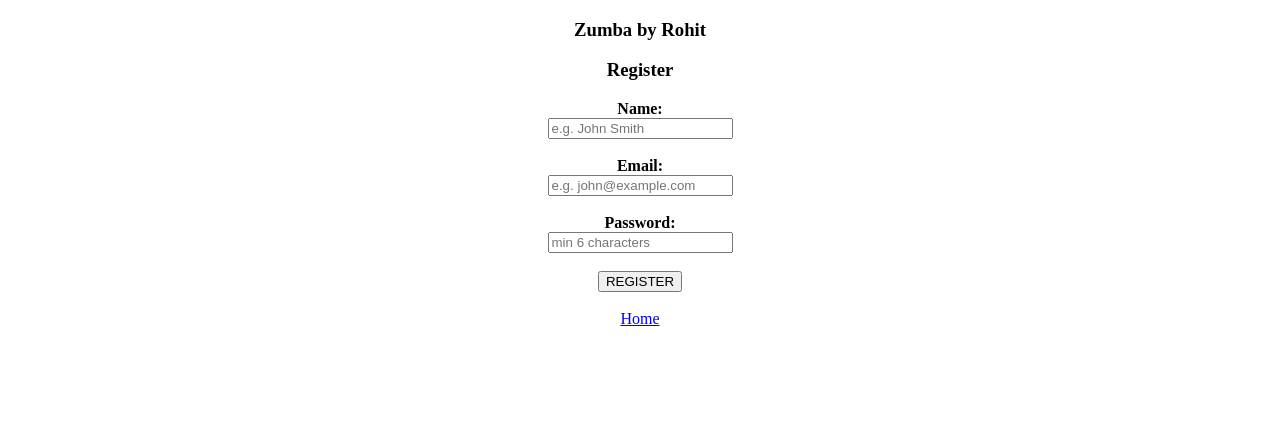
Repository: ronetteguevara/CalTech-ZumbaApp
Page: ZumbaApp/ZumbaApp/src/main/webapp/register.html
These files come from the project's save history. The page is drawn as it stood at one moment and after the next save; the edit follows.
The browser window is 1280 px wide. The pictures show the whole page.

Above is the page before, as saved 2024-04-30 18:17:51.

### ZumbaApp/ZumbaApp/src/main/webapp/register.html
<!DOCTYPE html>
<html>
<head>
<meta charset="UTF-8">
<title>Register</title>
</head>
<body>
	<center>
		<h3>Zumba by Rohit</h3>

		<h3>Register</h3>
		<form action="Registration" method="post">
			<b>Name:</b><br>
			<input type="text" name="txtName" placeholder="e.g. John Smith"/><br><br>
			<b>Email:</b><br>
			<input type="text" name="txtEmail" placeholder="e.g. john@example.com"/><br><br>
			<b>Password:</b><br>
			<input type="password" name="txtPassword" placeholder="min 6 characters"/><br><br>
			<input type="submit" value="REGISTER"/><br>
		</form>
		<br>
		<a href="Welcome">Home</a>
	</center>
</body>
</html>

### ZumbaApp/ZumbaApp/src/main/webapp/style.css
@charset "UTF-8";

.button {
  background-color: #458933;
  border: none;
}

.button:hover {
  background-color: #82c360;
}

a {
  color: #458933;
}

a:hover {
 color: #82c360;
}

a:visited {
  color: #1a4324;
}

h1 {
	font-family: Sorts-Mill-Goudy-Regular;
}

@font-face {
  font-family: "Sorts-Mill-Goudy-Italic";
  src: url(/assets/Fonts/SortsMillGoudy-Italic.ttf);
}

@font-face {
  font-family: "Sorts-Mill-Goudy-Regular";
  src: url(/assets/Fonts/SortsMillGoudy-Regular.ttf);
}

.gradient-background {
  background: linear-gradient(0deg, #E1FBBA, #82C360, #5BA164, #458933, #1A4324);
  background-size: 1000% 1000%;

  -webkit-animation: AnimationName 8s ease infinite;
  -moz-animation: AnimationName 8s ease infinite;
  animation: AnimationName 8s ease infinite;
}

@-webkit-keyframes AnimationName {
  0%{background-position:0% 35%}
  50%{background-position:100% 66%}
  100%{background-position:0% 35%}
}
@-moz-keyframes AnimationName {
  0%{background-position:0% 35%}
  50%{background-position:100% 66%}
  100%{background-position:0% 35%}
}
@keyframes AnimationName {
  0%{background-position:0% 35%}
  50%{background-position:100% 66%}
  100%{background-position:0% 35%}

}

Loaded but not shown: ZumbaApp/ZumbaApp/src/main/webapp/css/bootstrap.css (library)

After the next save:
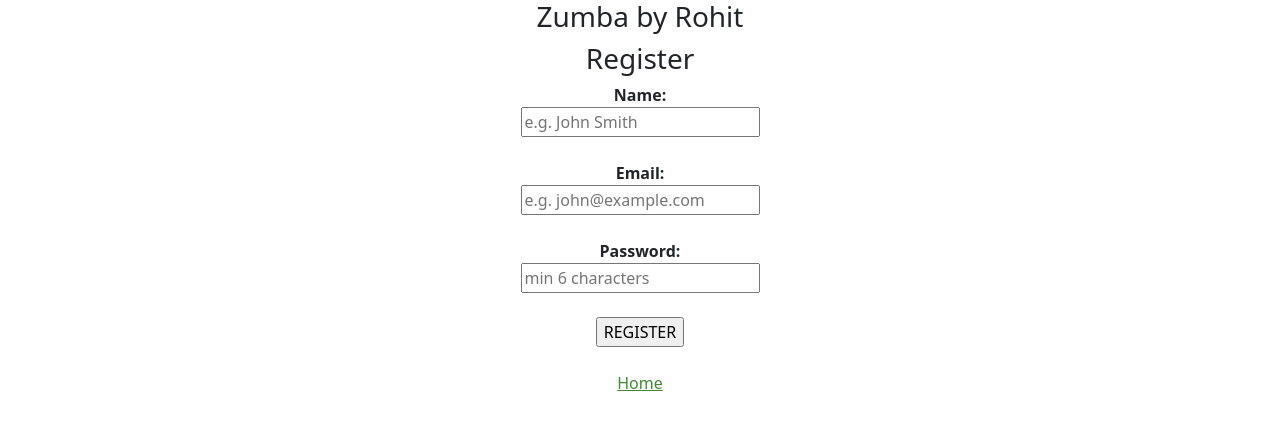
Saved 33 s later.
--- a/ZumbaApp/ZumbaApp/src/main/webapp/register.html
+++ b/ZumbaApp/ZumbaApp/src/main/webapp/register.html
@@ -3,6 +3,8 @@
 <head>
 <meta charset="UTF-8">
 <title>Register</title>
+<link rel="stylesheet" href="css/bootstrap.css"></link>
+<link rel="stylesheet" href="style.css"></link>
 </head>
 <body>
 	<center>
